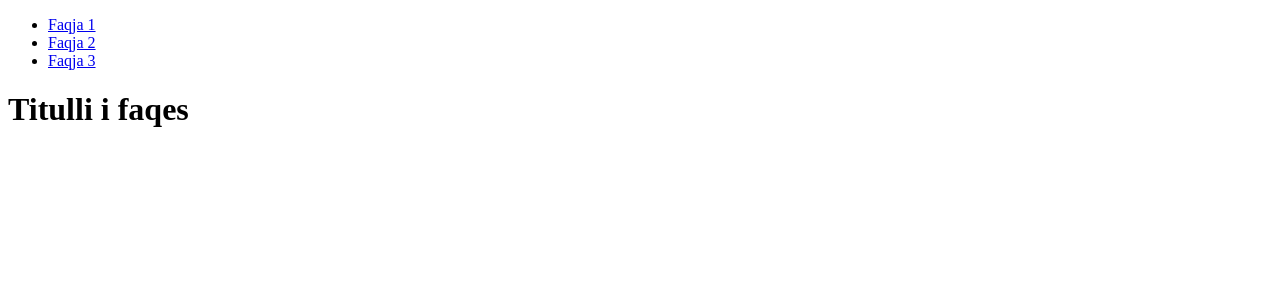
Repository: lendk/beetroot-fe-g1
Page: 02/index.html
The author's editor kept a copy of each file at every save. The page is drawn from the files as they stood at one save, then again after the next save.
The browser window is 1280 px wide. The pictures show the whole page.

Above is the page before, as saved 2021-01-16 09:31:51.

After the next save:
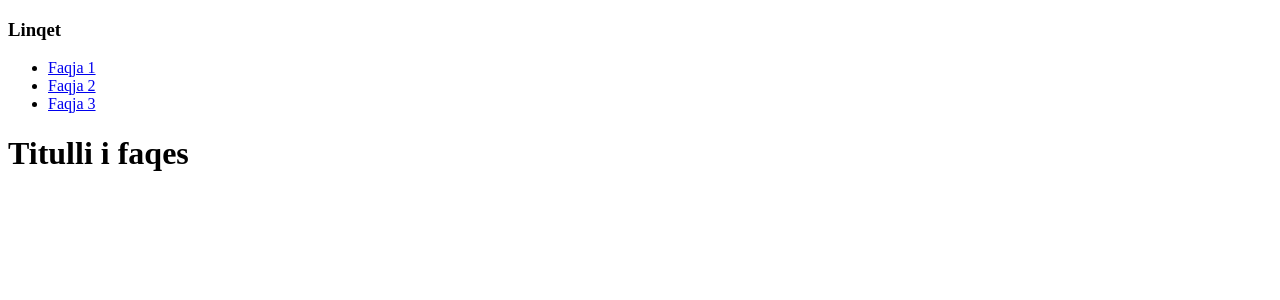
Saved 11 s later.
--- a/02/index.html
+++ b/02/index.html
@@ -8,6 +8,7 @@
 
 <body>
   <header>
+    <h3>Linqet</h3>
     <ul>
       <li><a href="#">Faqja 1</a></li>
       <li><a href="#">Faqja 2</a></li>
